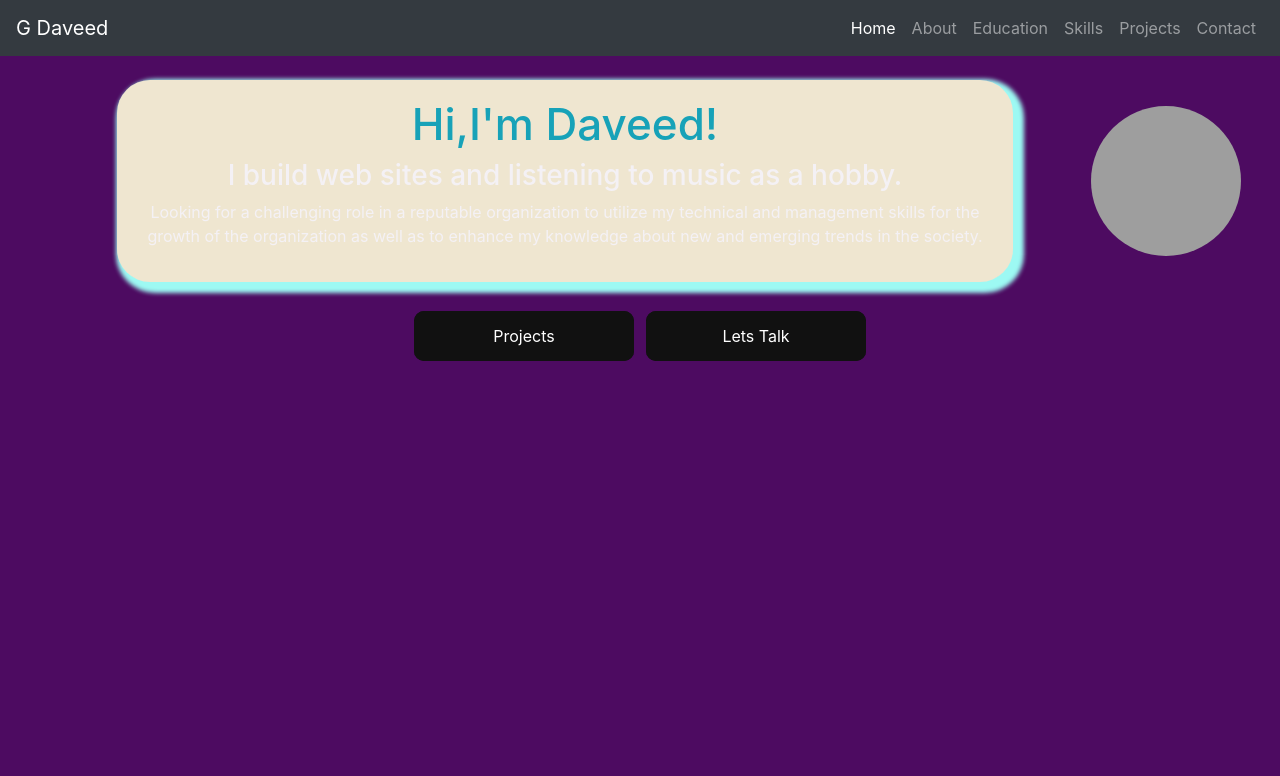
Repository: DaveedGangi/DaveedWebsite
Page: one.html
The author's editor kept a copy of each file at every save. The page is drawn from the files as they stood at one save, then again after the next save.
The browser window is 1280 px wide. The pictures show the whole page.
Pictures or frames that could not be fetched are drawn as grey boxes.

Above is the page before, as saved 2023-10-23 13:35:44.

### one.html
<html>
    <head>
    <link rel="stylesheet" href="two.css"></link>
    <link rel="stylesheet" href="https://cdn.jsdelivr.net/npm/bootstrap@4.5.3/dist/css/bootstrap.min.css" integrity="sha384-TX8t27EcRE3e/ihU7zmQxVncDAy5uIKz4rEkgIXeMed4M0jlfIDPvg6uqKI2xXr2" crossorigin="anonymous">
    <script src="https://code.jquery.com/jquery-3.5.1.slim.min.js" integrity="sha384-DfXdz2htPH0lsSSs5nCTpuj/zy4C+OGpamoFVy38MVBnE+IbbVYUew+OrCXaRkfj" crossorigin="anonymous"></script>
    <script src="https://cdn.jsdelivr.net/npm/bootstrap@4.5.3/dist/js/bootstrap.bundle.min.js" integrity="sha384-ho+j7jyWK8fNQe+A12Hb8AhRq26LrZ/JpcUGGOn+Y7RsweNrtN/tE3MoK7ZeZDyx" crossorigin="anonymous"></script>



</head>

<body>

    <nav class="navbar navbar-expand-lg navbar-dark bg-dark">
        <a class="navbar-brand" href="#">G Daveed</a>
        <button class="navbar-toggler" type="button" data-toggle="collapse" data-target="#navbarNavAltMarkup" aria-controls="navbarNavAltMarkup" aria-expanded="false" aria-label="Toggle navigation">
          <span class="navbar-toggler-icon"></span>
        </button>
        <div class="collapse navbar-collapse" id="navbarNavAltMarkup">
          <div class="navbar-nav ml-auto">
            <a class="nav-link active" href="#">Home <span class="sr-only">(current)</span></a>

            <a class="nav-link" href="#">About</a>
            <a class="nav-link" href="#">Education</a>
            <a class="nav-link" href="#">Skills</a>
            <a class="nav-link" href="#">Projects</a>
            <a class="nav-link" href="#">Contact</a>

          </div>
        </div>
      </nav>

   <div class="bgcontainer">
      <div class="mystory">
        <div>
          <img class="image1" src="https://i.ibb.co/T4YX7Jh/IMG-20221229-170952.jpg">
        </div>
        <div class="card1">
        <h1 class="hi text-info">Hi,I'm Daveed!</h1>
        <h3 class="paragraph">I build web sites and listening to music as a hobby.</h3>

        <p>Looking for a challenging role in a reputable organization to utilize my technical and management  skills for the growth of the organization as well as to enhance my knowledge about new and emerging trends in  the society. </p>

      </div>
      <div>
        <img class="image2" src="https://i.ibb.co/T4YX7Jh/IMG-20221229-170952.jpg">
      </div>

    </div>

    <div class="buttons">
    <button class="btn1 glow-on-hover">Projects</button>
    <button class="glow-on-hover">Lets Talk</button>
    </div>

  </div>

</body>
</html>

### two.css
.bgcontainer {
    height:100vh;
    background-size:cover;
    background-color:rgb(77, 11, 97);

}
.mystory{
    color:rgb(244, 241, 245);
    display: flex;
    flex-direction:column;
    justify-content: center;
    padding-top:24px;
    justify-content:space-around;
    align-items: center;

}
.image1{
    height:150px;
    width:150px;
    border-radius:100px;
    margin:12px;

}
.image2{
    height:150px;
    width:150px;
    border-radius:100px;
    display: none;

}
.card1{

    width:70vw;
    background-color:rgb(239, 230, 208);
    border-radius: 33px;
    display: flex;
    padding:18px;
    flex-direction: column;
    text-align: center;
    align-items:center;
    box-shadow:5px 5px 4px 6px rgb(157, 249, 243);
}
.buttons{
    display: flex;
    flex-direction: row;
    justify-content: center;
    margin-top:29px;

}
.btn1{
    margin-right:12px;

}
.glow-on-hover {
    width: 220px;
    height: 50px;
    border: none;
    outline: none;
    color: #fff;
    background: #111;
    cursor: pointer;
    position: relative;
    z-index: 0;
    border-radius: 10px;
}

.glow-on-hover:before {
    content: '';
    background: linear-gradient(45deg, #ff0000, #ff7300, #fffb00, #48ff00, #00ffd5, #002bff, #7a00ff, #ff00c8, #ff0000);
    position: absolute;
    top: -2px;
    left:-2px;
    background-size: 400%;
    z-index: -1;
    filter: blur(5px);
    width: calc(100% + 4px);
    height: calc(100% + 4px);
    animation: glowing 20s linear infinite;
    opacity: 0;
    transition: opacity .3s ease-in-out;
    border-radius: 10px;
}

.glow-on-hover:active {
    color: #000
}

.glow-on-hover:active:after {
    background: transparent;
}

.glow-on-hover:hover:before {
    opacity: 1;
}

.glow-on-hover:after {
    z-index: -1;
    content: '';
    position: absolute;
    width: 100%;
    height: 100%;
    background: #111;
    left: 0;
    top: 0;
    border-radius: 10px;
}

@keyframes glowing {
    0% { background-position: 0 0; }
    50% { background-position: 400% 0; }
    100% { background-position: 0 0; }
}
















.btn2{
    margin-left:12px;

}
.hi{
    font-size:44px;
}
@media (min-width: 768px){
    .mystory{
        display: flex;
        flex-direction: row;
    }
    .image1{
        display:none;
    }
    .image2{
        display: block;
    }

}

After the next save:
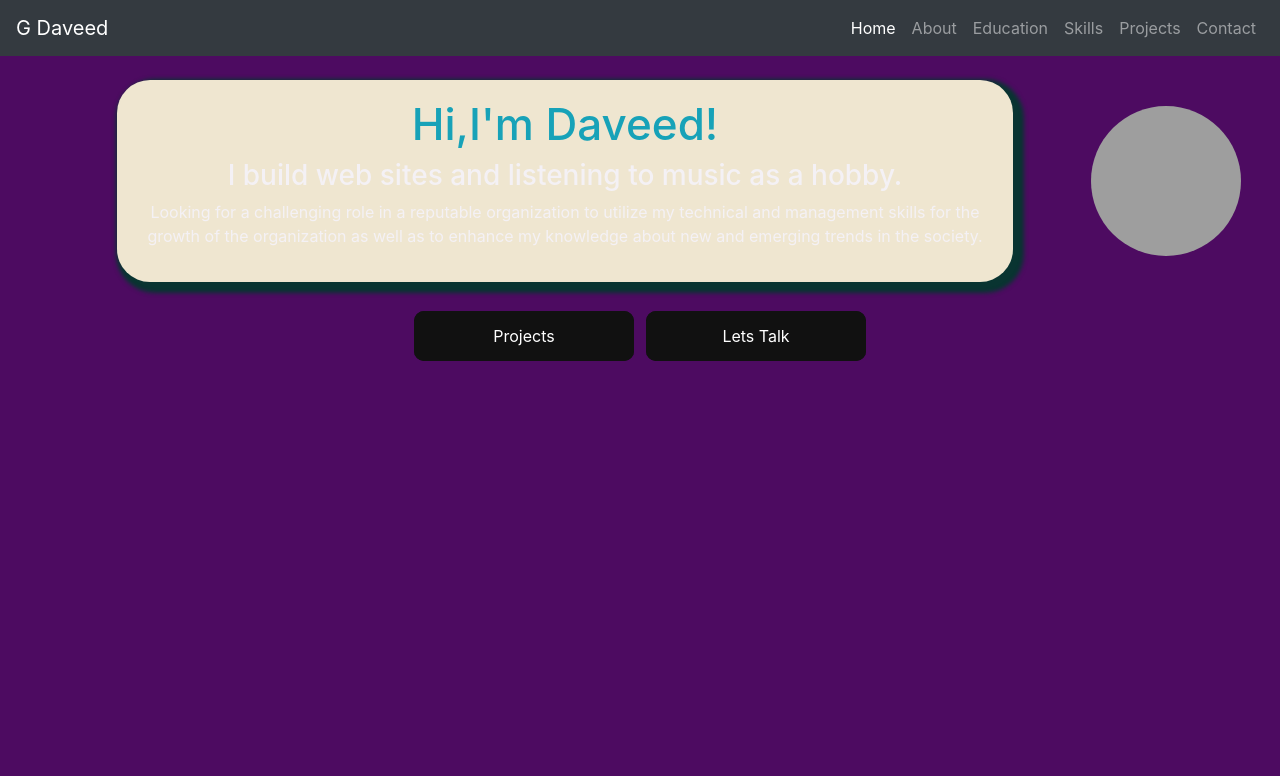
Saved 17 s later.
--- a/two.css
+++ b/two.css
@@ -38,7 +38,7 @@
     flex-direction: column;
     text-align: center;
     align-items:center;
-    box-shadow:5px 5px 4px 6px rgb(157, 249, 243);
+    box-shadow:5px 5px 4px 6px rgb(9, 52, 49);
 }
 .buttons{
     display: flex;
